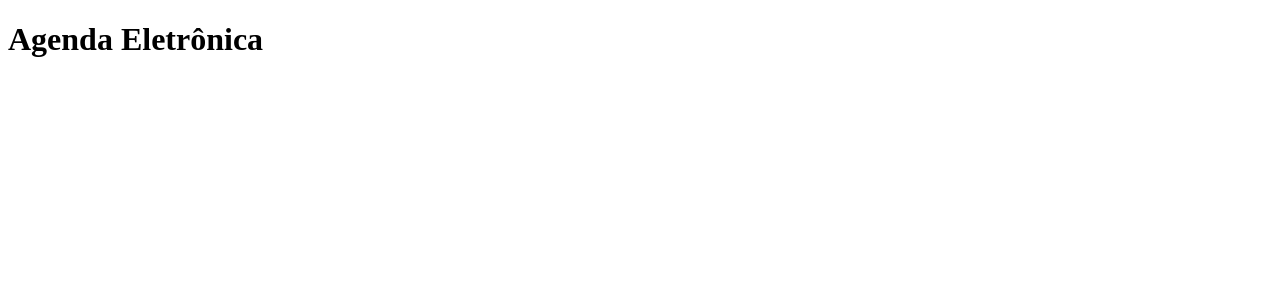
Repository: SrLucasGaldinor/Aulas-MVC-Spring
Page: http://localhost/Aula2/
The author's editor kept a copy of each file at every save. The page is drawn from the files as they stood at one save, then again after the next save.
The browser window is 1280 px wide. The pictures show the whole page.
The page is served by Tomcat 9.

Above is the page before, as saved 2023-12-12 12:59:59.

After the next save:
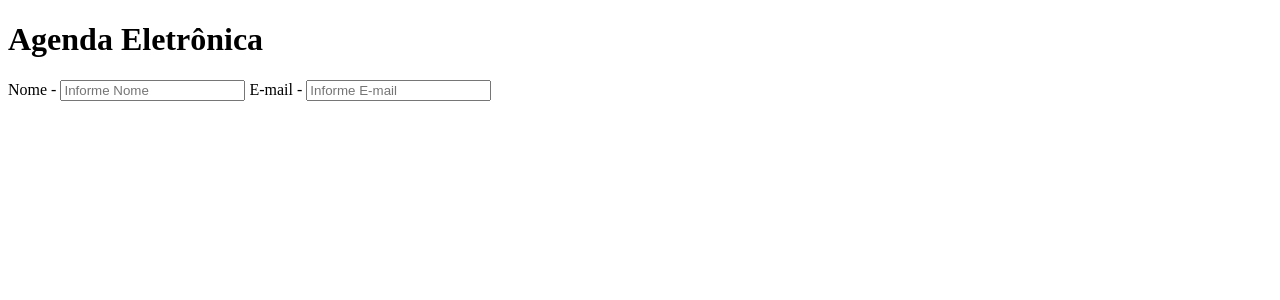
Saved 3 min 48 s later.
--- a/MVC/Aula2/src/main/webapp/index.jsp
+++ b/MVC/Aula2/src/main/webapp/index.jsp
@@ -10,6 +10,14 @@
 <body>
 	<div>
 		<h1>Agenda Eletrônica</h1>
+		<form action="#">
+			<label>Nome - </label>
+			<input type="text" placeholder="Informe Nome" name="nome">
+
+			<label>E-mail - </label>
+			<input type="text" placeholder="Informe E-mail" name="email">
+
+		</form>
 	</div>
 </body>
 </html>
